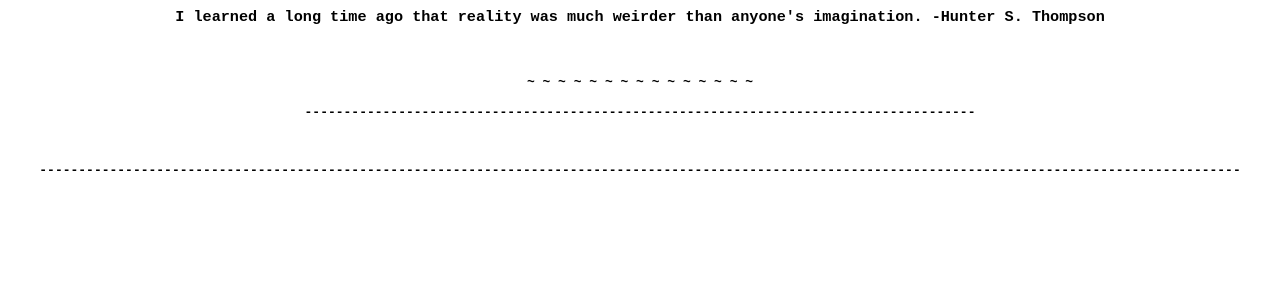
Repository: penas326/penas326.github.io
Page: composition/index.html
The author's editor kept a record of every edit. The page is drawn from the files as they stood at one moment, then again after the next edit.
The browser window is 1280 px wide. The pictures show the whole page.

Above is the page before.

After the next edit:
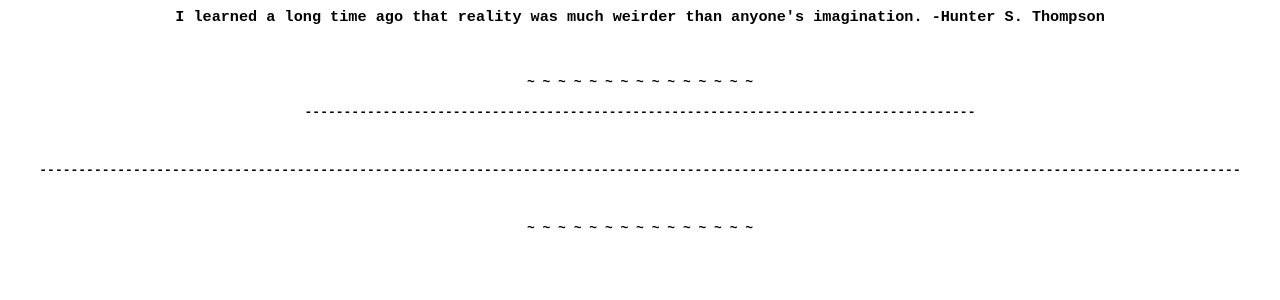
The edit:
--- a/composition/index.html
+++ b/composition/index.html
@@ -14,5 +14,7 @@
         <br>
         <h3 align="center"></h3><code>----------------------------------------------------------------------------------------------------------------------------------------------------------</p>
         <br>
+        <br>
+        <strong>~ ~ ~ ~ ~ ~ ~ ~ ~ ~ ~ ~ ~ ~ ~</strong>
 
 </html>
